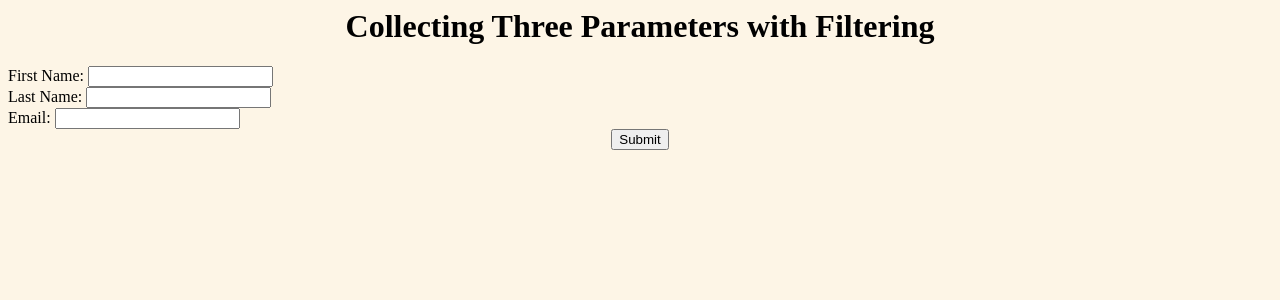
Repository: renchsan/CST-4713-JSP
Page: eclipse-workspace/exercise-forms/WebContent/three-params-post-filter.html
These files come from the project's save history. The page is drawn as it stood at one moment and after the next save; the edit follows.
The browser window is 1280 px wide. The pictures show the whole page.

Above is the page before, as saved 2018-09-20 19:10:49.

### eclipse-workspace/exercise-forms/WebContent/three-params-post-filter.html
<!DOCTYPE HTML PUBLIC "-//W3C//DTD HTML 4.0 Transitional//EN">
<HTML><HEAD><TITLE>Collecting Three Parameters with Filtering</TITLE></HEAD>
<BODY BGCOLOR="#FDF5E6">
<H1 ALIGN="CENTER">Collecting Three Parameters with Filtering</H1>

<FORM ACTION="three-params-post-filter" method="POST">
  First Name:  <INPUT TYPE="TEXT" NAME="param1"><BR>
  Last Name: <INPUT TYPE="TEXT" NAME="param2"><BR>
  Email:  <INPUT TYPE="TEXT" NAME="param3"><BR>
  <CENTER><INPUT TYPE="SUBMIT"></CENTER>
</FORM>

</BODY></HTML>

After the next save:
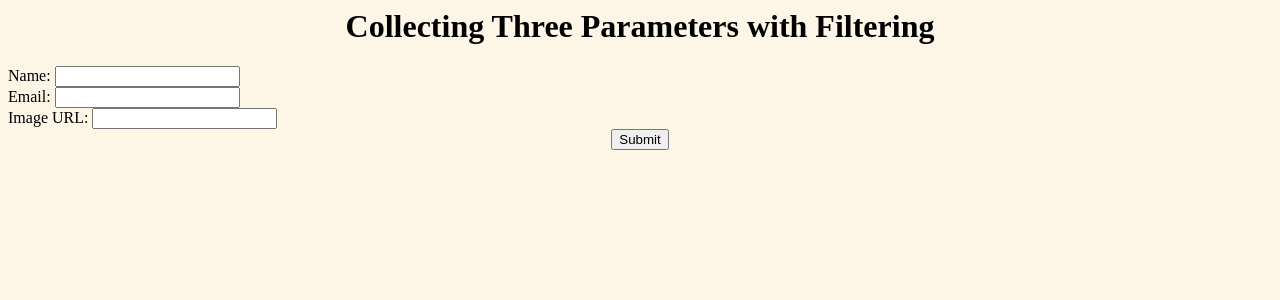
Saved 64 s later.
--- a/eclipse-workspace/exercise-forms/WebContent/three-params-post-filter.html
+++ b/eclipse-workspace/exercise-forms/WebContent/three-params-post-filter.html
@@ -4,9 +4,9 @@
 <H1 ALIGN="CENTER">Collecting Three Parameters with Filtering</H1>
 
 <FORM ACTION="three-params-post-filter" method="POST">
-  First Name:  <INPUT TYPE="TEXT" NAME="param1"><BR>
-  Last Name: <INPUT TYPE="TEXT" NAME="param2"><BR>
-  Email:  <INPUT TYPE="TEXT" NAME="param3"><BR>
+  Name:  <INPUT TYPE="TEXT" NAME="param1"><BR>
+  Email: <INPUT TYPE="TEXT" NAME="param2"><BR>
+  Image URL:  <INPUT TYPE="TEXT" NAME="param3"><BR>
   <CENTER><INPUT TYPE="SUBMIT"></CENTER>
 </FORM>
 
